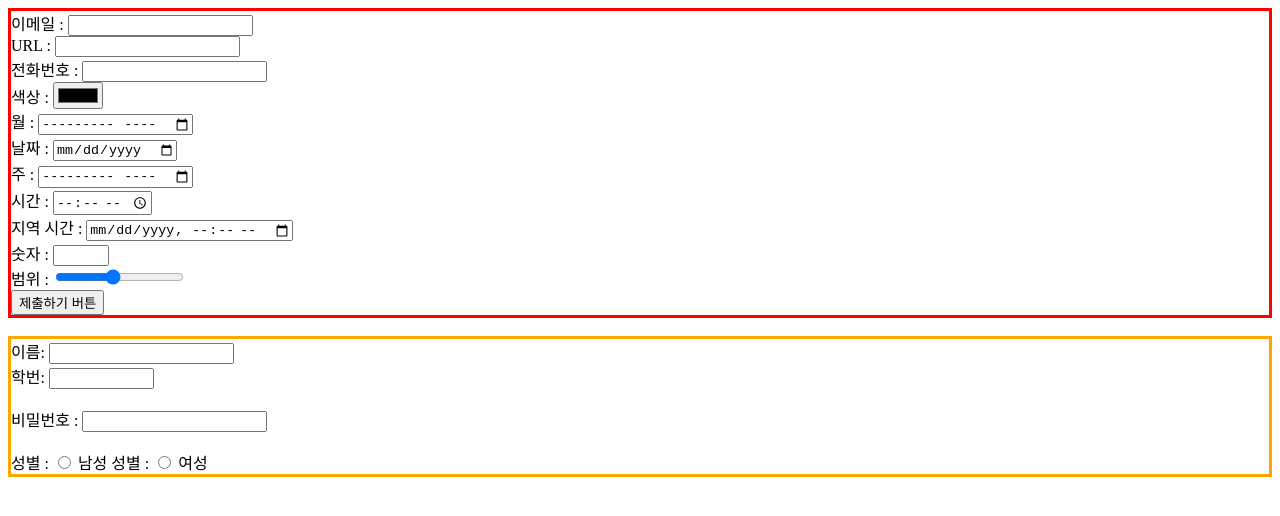
Repository: dhbaek2004/JSPex
Page: http://localhost/UX/InputForm.jsp
The author's editor kept a copy of each file at every save. The page is drawn from the files as they stood at one save, then again after the next save.
The browser window is 1280 px wide. The pictures show the whole page.
The page is served by Tomcat 9.

Above is the page before, as saved 2020-08-26 14:57:09.

After the next save:
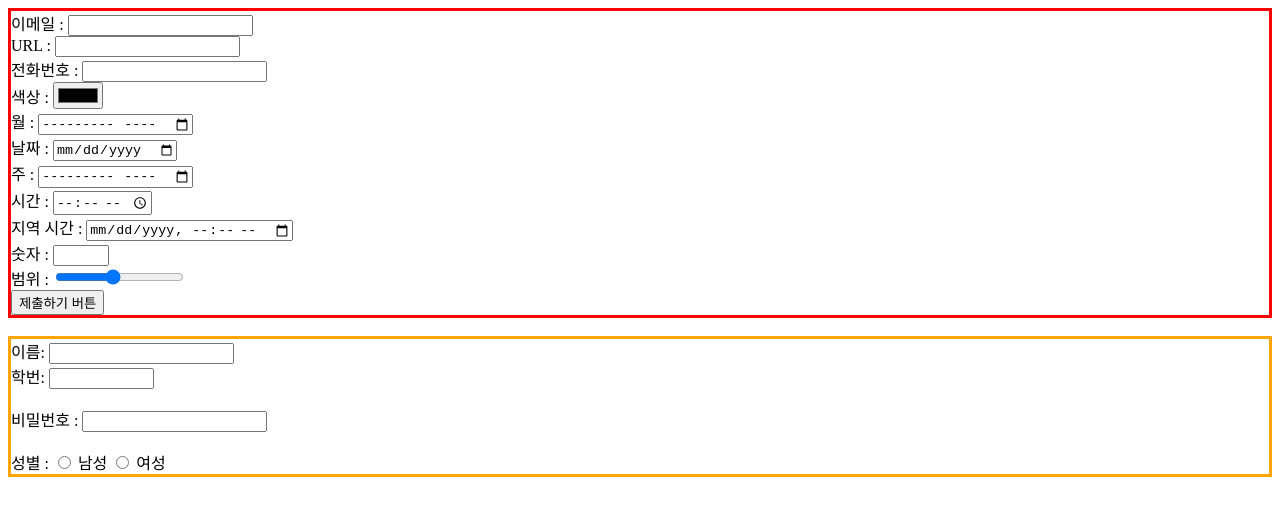
Saved 11 s later.
--- a/Infrearn/UX/UX/WebContent/InputForm.jsp
+++ b/Infrearn/UX/UX/WebContent/InputForm.jsp
@@ -32,8 +32,9 @@
 			<br>
 			비밀번호 : <input type="password" name="password"> <br>
 			<br>
-			성별 : <input type="radio" name="gender" value="male"> 남성
-			성별 : <input type="radio" name="gender" value="female"> 여성
+			성별 :
+			<input type="radio" name="gender" value="male"> 남성
+			<input type="radio" name="gender" value="female"> 여성
 		</div>
 
 
